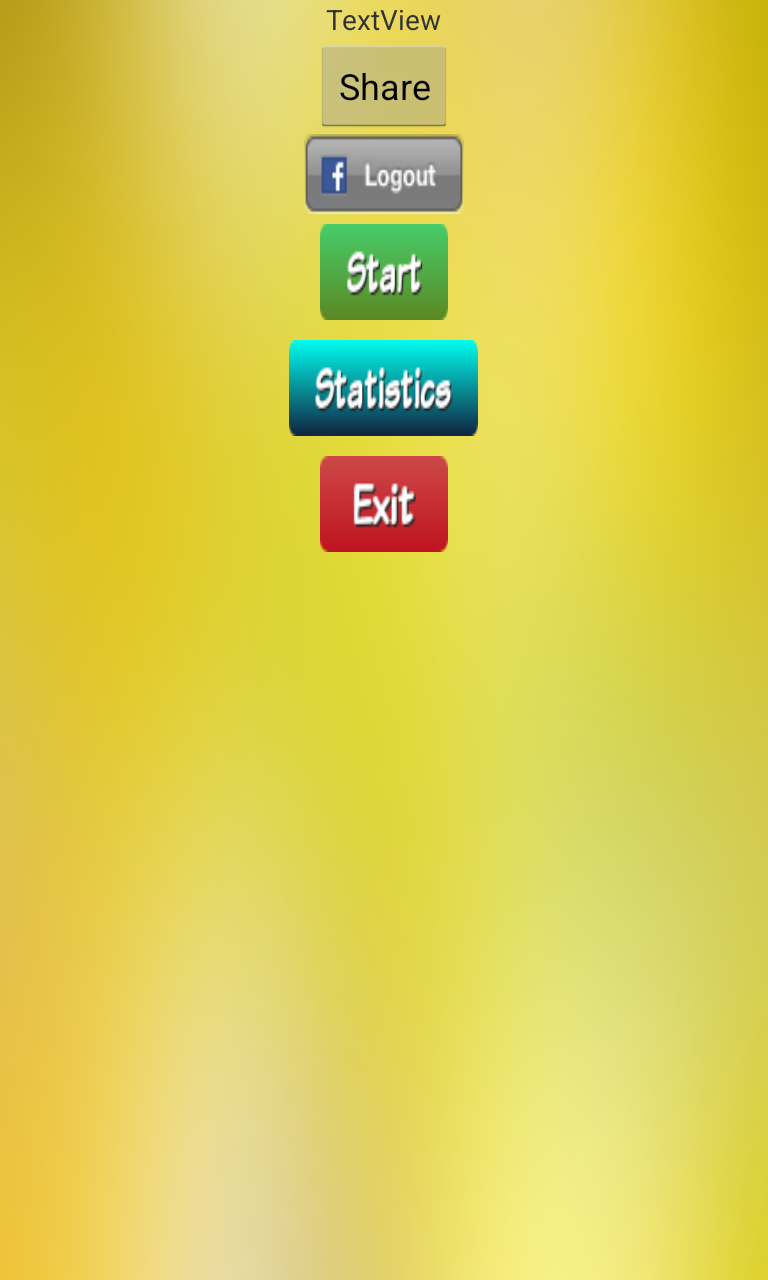
Repository: kingstonbg/workspaceAndroid
Layout: TaxiRoute/res/layout/activity_main_menu.xml
An editor plug-in stored every save of this project. The layout is shown before and after the next save, followed by the edit.
It is drawn on a 768 x 1280 px phone screen (xhdpi) without system bars, with theme AppTheme; the app's code is not run.

Above is the layout before, as saved 2013-02-18 14:43:40.

After the next save:
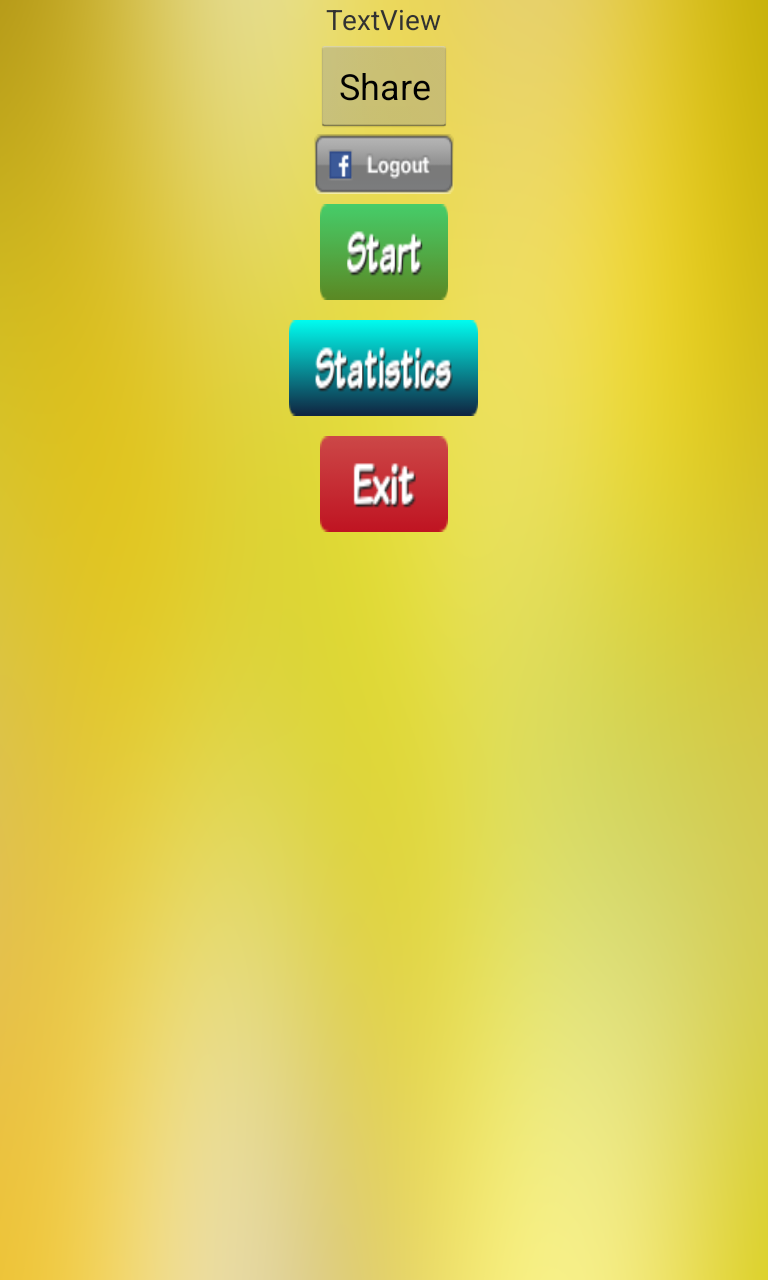
Saved 6 s later.
--- a/TaxiRoute/res/layout/activity_main_menu.xml
+++ b/TaxiRoute/res/layout/activity_main_menu.xml
@@ -20,8 +20,8 @@
 
     <Button
         android:id="@+id/btn_clear_credentials"
-        android:layout_width="80dp"
-        android:layout_height="40dp"
+        android:layout_width="70dp"
+        android:layout_height="30dp"
         android:background="@drawable/logout" />
 
     <Button
